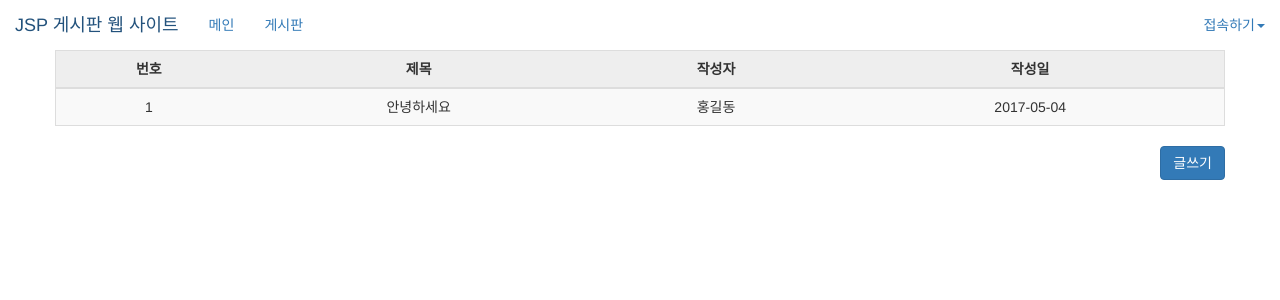
Repository: CEmmanuelP/jsp_Myblog
Page: http://localhost/BBS/bbs.jsp
These files come from the project's save history. The page is drawn as it stood at one moment and after a run of saves; the edit follows.
The browser window is 1280 px wide. The pictures show the whole page.
Some web libraries are served in a nearby version. The page is served by Tomcat 9. Queries for data that is not in the repository find no rows.

Above is the page before, as saved 2019-09-07 06:34:24.

After the next 2 saves:
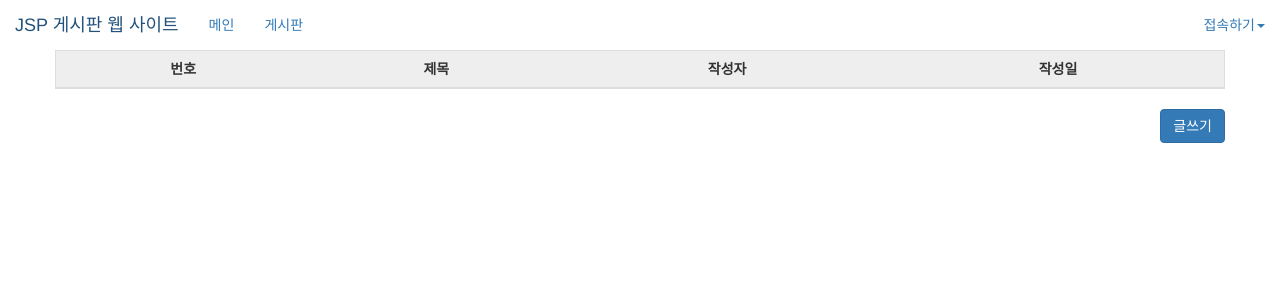
The 2 saves are shown as one change because 1 did not build or start.
The last was saved 38 min 27 s later.
--- a/BBS/WebContent/bbs.jsp
+++ b/BBS/WebContent/bbs.jsp
@@ -1,6 +1,9 @@
 <%@ page language="java" contentType="text/html; charset=UTF-8"
     pageEncoding="UTF-8"%>
 <%@ page import="java.io.PrintWriter" %>
+<%@ page import="bbs.BbsDAO" %>
+<%@ page import="bbs.Bbs" %>
+<%@ page import="java.util.ArrayList" %>
 <!DOCTYPE html>
 <html>
 <head>
@@ -15,6 +18,10 @@
       String userID = null;
       if(session.getAttribute("userID") != null){
          userID = (String) session.getAttribute("userID");
+      }
+      int pageNumber = 1;
+      if(request.getParameter("pageNumber") != null){
+    	  pageNumber = Integer.parseInt(request.getParameter("pageNumber"));
       }
    %>
 
@@ -80,12 +87,21 @@
                </tr>
             </thead>
             <tbody>
+            	<%
+            		BbsDAO bbsDAO = new BbsDAO();
+            		ArrayList<Bbs> list = bbsDAO.getList(pageNumber);
+            		for(int i = 0; i < list.size(); i++){
+            	%>
             	<tr>
-            		<td>1</td>
-            		<td>안녕하세요</td>
-            		<td>홍길동</td>
-            		<td>2017-05-04</td>
+            		<td><%=list.get(i).getBbsID()%></td>
+            		<td><a href="view.jsp?bbsID=<%= list.get(i).getBbsID() %>"><%=list.get(i).getBbsTitle() %></a></td>
+            		<td><%=list.get(i).getUserID() %></td>
+            		<td><%=list.get(i).getBbsDate().substring(0, 11) + list.get(i).getBbsDate().substring(11, 13) +  " 시 " +  list.get(i).getBbsDate().substring(14, 16) + " 분 " %></td>
             	</tr>
+            	<%
+            		}
+            	%>
+
             </tbody>
          </table>
          <a href="write.jsp" class="btn btn-primary pull-right">글쓰기</a>
--- a/BBS/src/bbs/BbsDAO.java
+++ b/BBS/src/bbs/BbsDAO.java
@@ -4,6 +4,7 @@ import java.sql.Connection;
 import java.sql.DriverManager;
 import java.sql.PreparedStatement;
 import java.sql.ResultSet;
+import java.util.ArrayList;
 
 
 
@@ -68,4 +69,44 @@ public class BbsDAO {
 		}
 		return -1;//DB error
 	}
+
+	public ArrayList<Bbs> getList(int pageNumber){
+		String SQL = "SELECT * from BBS WHERE bbsID < ? AND bbsAvailable = 1 ORDER BY bbsID DESC LIMIT 10";
+		ArrayList<Bbs> list = new ArrayList<Bbs>();
+		try {
+			PreparedStatement pstmt = conn.prepareStatement(SQL);
+			pstmt.setInt(1, getNext() - (pageNumber - 1) * 10 );
+			rs = pstmt.executeQuery();
+			while(rs.next()) {
+				Bbs bbs = new Bbs();
+				bbs.setBbsID(rs.getInt(1));
+				bbs.setBbsTitle(rs.getString(2));
+				bbs.setUserID(rs.getString(3));
+				bbs.setBbsDate(rs.getString(4));
+				bbs.setBbsContent(rs.getString(5));
+				bbs.setBbsAvailable(rs.getInt(6));
+				list.add(bbs);
+			}
+		}catch(Exception e){
+			e.printStackTrace();
+		}
+		return list;
+	}
+
+	public boolean nextpage(int pageNumber) {
+		String SQL = "SELECT * from BBS WHERE bbsID < ? AND bbsAvailable = 1 ORDER BY bbsID DESC LIMIT 10";
+		try {
+			PreparedStatement pstmt = conn.prepareStatement(SQL);
+			pstmt.setInt(1, getNext() - (pageNumber - 1) * 10 );
+			rs = pstmt.executeQuery();
+			if(rs.next()) {
+				return true;
+			}
+		}catch(Exception e){
+			e.printStackTrace();
+		}
+		return false;
+	}
+
+
 }
